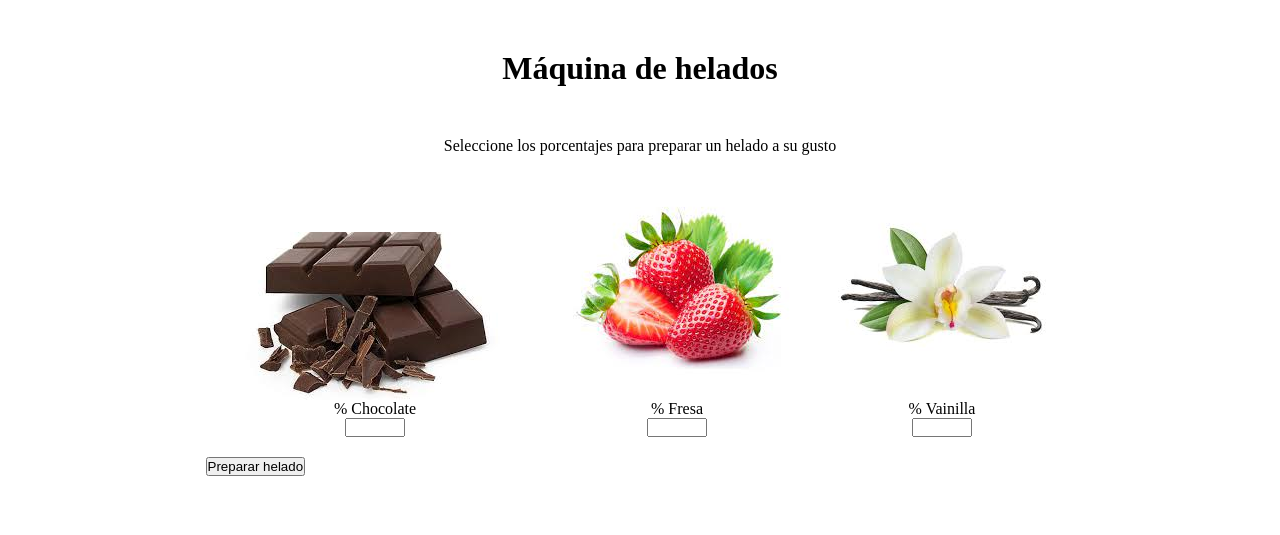
Repository: Ibizus/ejercicios_JSP
Page: http://localhost/ejercicios_Hector/ejercicio10/index.jsp
The author's editor kept a copy of each file at every save. The page is drawn from the files as they stood at one save, then again after the next save.
The browser window is 1280 px wide. The pictures show the whole page.
The page is served by Tomcat 9.

Above is the page before, as saved 2023-11-16 19:06:46.

### ejercicios_Hector/src/main/webapp/ejercicio10/index.jsp
<%@ page language="java" contentType="text/html; charset=UTF-8"
    pageEncoding="UTF-8"%>
<!DOCTYPE html>
<html>
<head>
	<meta charset="UTF-8">
	<link rel="stylesheet" href="css/style.css"/>
	<title>Ejercicio 10</title>
</head>
<body>
	<h1>Máquina de helados</h1>
	<p>Seleccione los porcentajes para preparar un helado a su gusto</p>

	<section id="formulario">
		<form method="post" action="helado.jsp">

			<section id="sabores">
				<article>
					<img alt="Chocolate" src="images/chocolate.jpeg">
					% Chocolate <input type="number" min="0" max="100" step="1" name="choc">
				</article>
				<article>
					<img alt="Fresa" src="images/fresa.jpeg">
					% Fresa <input type="number" min="0" max="100" step="1" name="fresa">
				</article>
				<article>
					<img alt="Vainilla" src="images/vainilla.jpeg">
					% Vainilla <input type="number" min="0" max="100" step="1" name="vainilla">
				</article>
			</section>

			<input id="enviar" type="submit" value="Preparar helado">
		</form>
	</section>

</body>
</html>

### ejercicios_Hector/src/main/webapp/ejercicio10/css/style.css
@charset "UTF-8";

*{
	margin: 0;
	padding: 0;
	box-sizing: border-box;
	text-decoration: none;
}

body{
	min-width: 900px;
    display: flex;
    flex-direction: column;
    align-items: center;
}

h1{
	margin: 50px;
}

#formulario{
	display: flex;
	flex-direction: column;
    align-items: center;
}


#sabores{
	display: flex;
	justify-content: space-between;
	align-items: flex-end;
}

article{
	display: flex;
	flex-direction: column;
	align-items: center;

	margin: 20px;
}

#enviar{
	margin-left: calc((100%-this)/2);
}

After the next save:
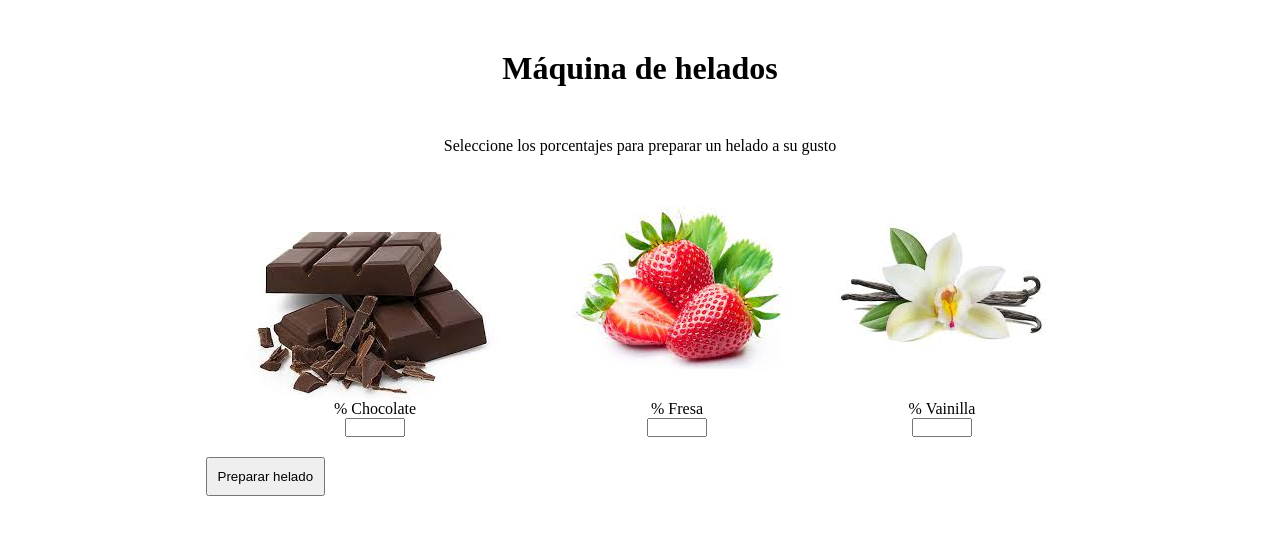
Saved 25 s later.
--- a/ejercicios_Hector/src/main/webapp/ejercicio10/css/style.css
+++ b/ejercicios_Hector/src/main/webapp/ejercicio10/css/style.css
@@ -40,5 +40,6 @@ article{
 }
 
 #enviar{
-	margin-left: calc((100%-this)/2);
+	margin-left:;
+	padding: 10px;
 }
